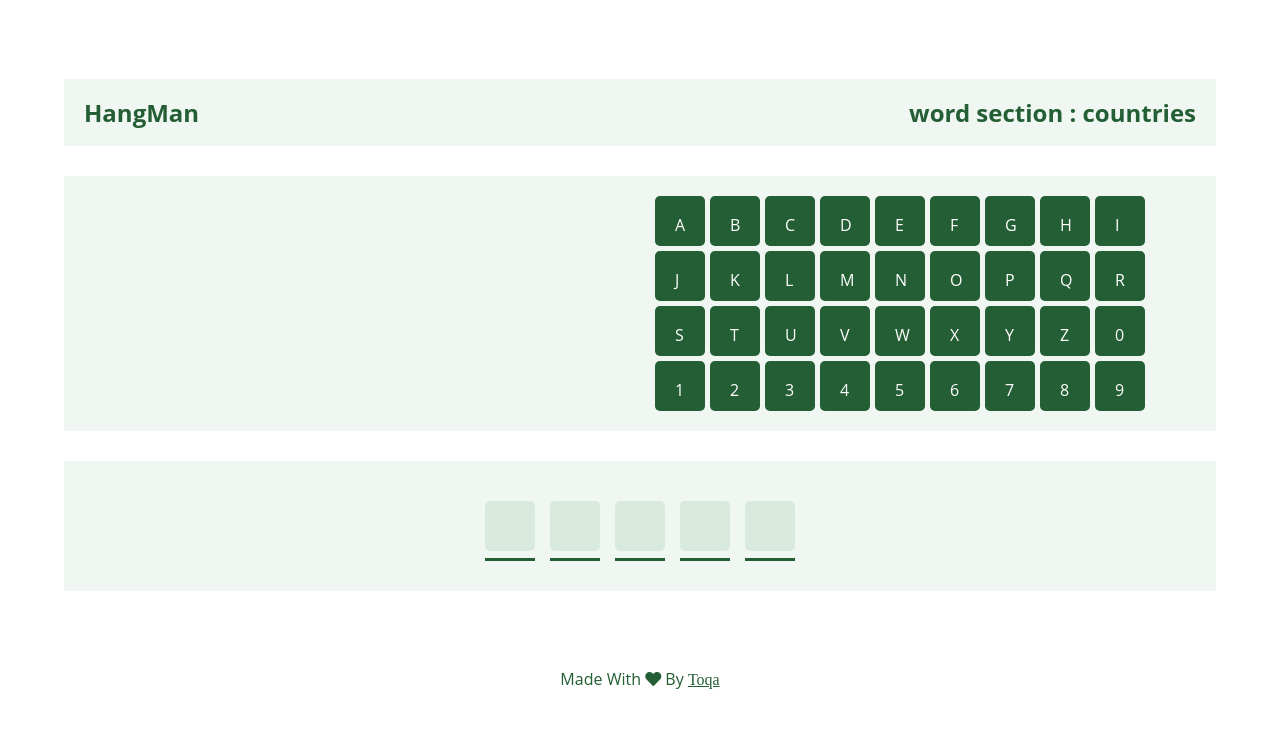
Repository: Toqa-25/HangMan-Game
Page: index.html
These files come from the project's save history. The page is drawn as it stood at one moment and after the next save; the edit follows.
The browser window is 1280 px wide. The pictures show the whole page.
Some web fonts or font styles are not loaded; a fallback is used.

Above is the page before, as saved 2022-02-15 14:45:26.

After the next save:
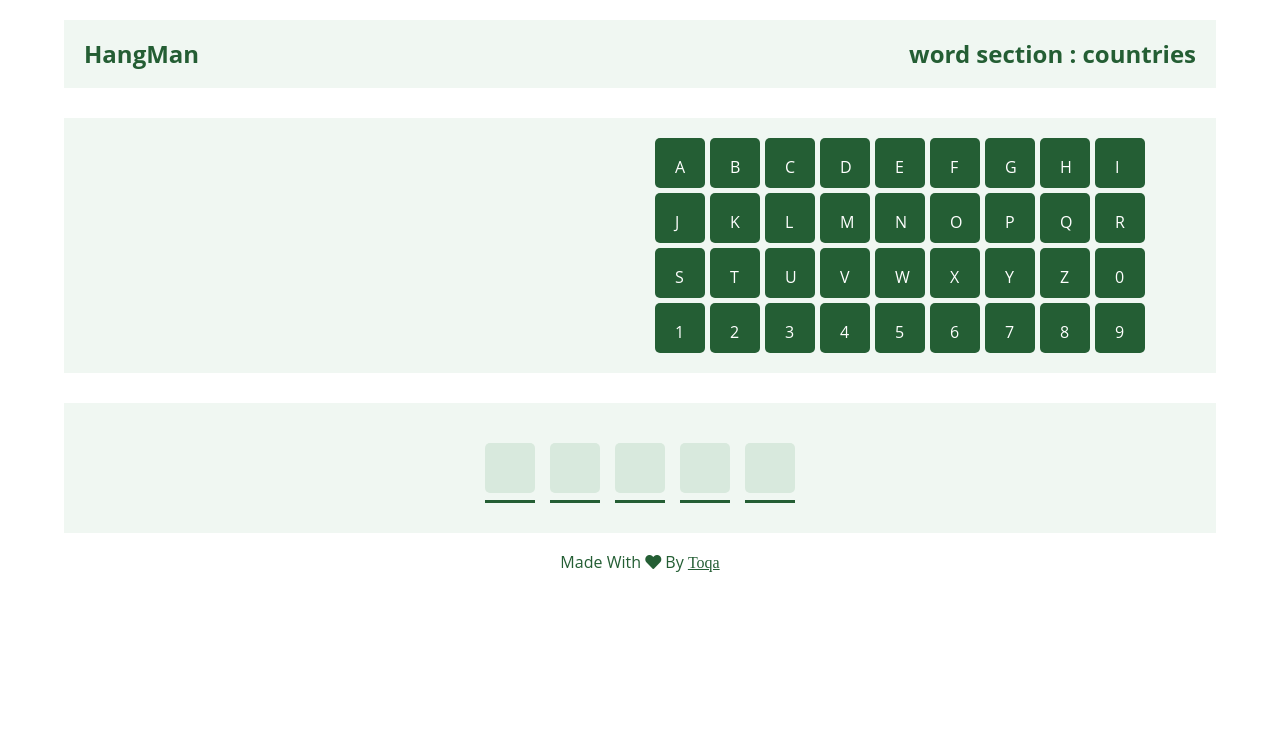
Saved 25 min 0 s later.
--- a/css/style.css
+++ b/css/style.css
@@ -40,7 +40,7 @@
 }
 @media (min-width:992px){
     section{
-        height: calc(100vh - 90px );
+        /* height: calc(100vh - 90px ); */
 }
 }
 .header {

After the save that followed:
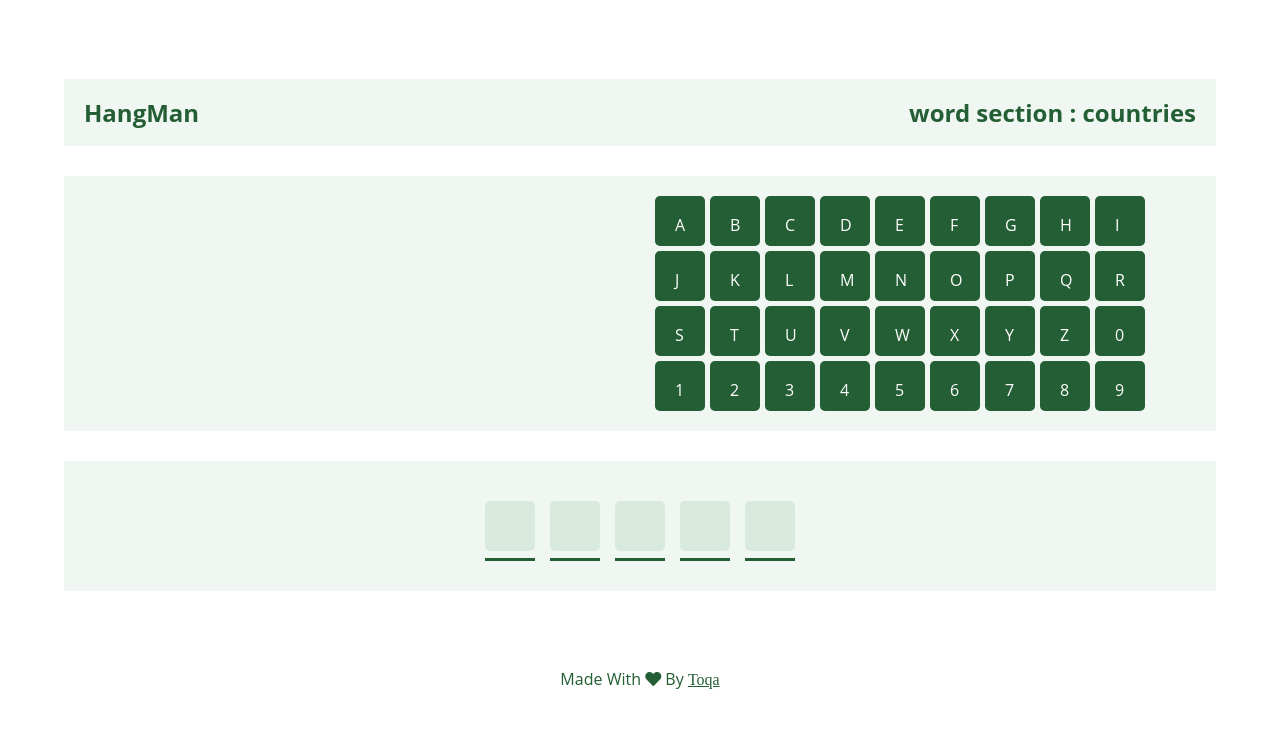
Saved 55 s later.
--- a/css/style.css
+++ b/css/style.css
@@ -40,7 +40,7 @@
 }
 @media (min-width:992px){
     section{
-        /* height: calc(100vh - 90px ); */
+        height: calc(100vh - 90px );
 }
 }
 .header {
